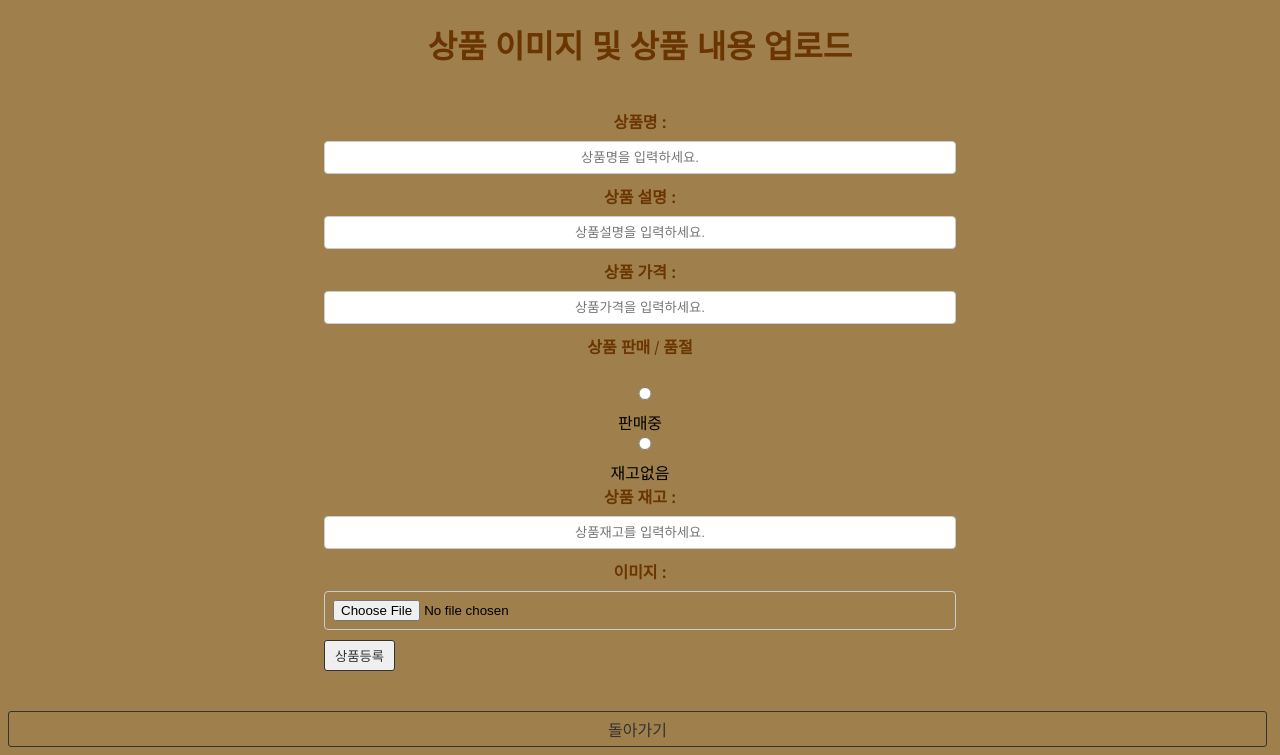
Repository: ks31030/HOME-SHOP
Page: http://localhost/addProductForm
The author's editor kept a copy of each file at every save. The page is drawn from the files as they stood at one save, then again after the next save.
The browser window is 1280 px wide. The pictures show the whole page.
The page is this project's Thymeleaf template; nobody is signed in. The template is opened directly, without the code that normally fills it, so the values that code supplies are empty.

Above is the page before, as saved 2023-12-15 10:11:00.

### Final-JPA-Shop/src/main/resources/templates/addProductForm.html
<!DOCTYPE html>
<html xmlns:th="http://www.thymeleaf.org">
	<head>
		<meta charset="UTF-8">
		<title>Add Product</title>
		<link rel="stylesheet" href="/css/styles.css" th:href="@{/css/styles.css}" />
	</head>
	<body>
		<h1>상품 이미지 및 상품 내용 업로드</h1>
		<form th:action="@{/product/new}" method="post" enctype="multipart/form-data">

			<label>상품명 : </label>
			<input type="text" id="name" name="name" placeholder="상품명을 입력하세요." required/>
			<br>
			<label>상품 설명 : </label>
			<input type="text" id="text" name="text" placeholder="상품설명을 입력하세요." required/>
			<br>
			<label>상품 가격 : </label>
			<input type="text" id="price" name="price" placeholder="상품가격을 입력하세요." required/>
			<br>
			<label>상품 판매 / 품절</label>
			<br>
			<input type="radio" name="isSoldout" id="isSoldout" value="0"/>판매중
			<br>
			<input type="radio" name="isSoldout" id="isSoldout" value="1"/>재고없음
			<br>
			<label>상품 재고 : </label>
			<input type="text" id="stock" name="stock" placeholder="상품재고를 입력하세요." required/>
			<br>
			<label>이미지 : </label>
			<input type="file" id="imgFile" name="imgFile"/>
			<br>

			<button type="submit">상품등록</button>
		</form>
		<a th:href="@{/product/list}">돌아가기</a>
	</body>
</html>

### Final-JPA-Shop/src/main/resources/static/css/styles.css
@charset "UTF-8";
/* styles.css */
*{
	text-align: center;
}
h1 {
    color: rgb(106, 53, 0);
    text-align: center;
    font-family: Georgia;
}

h2 {
    color: rgb(106, 53, 0);
    text-align: center;
    font-family: Georgia;
}

body {
	background-color: rgb(159, 127, 75);

}

table {
    width: 100%;
    border-collapse: collapse;
    margin-top: 20px;
}

th, td {
    border: 1px solid #ddd;
    padding: 8px;
    text-align: left;
}

th {
    background-color: rgb(106, 53, 0);
    color: antiquewhite;
}

a, button {
    text-decoration: none;
    padding: 5px 10px;
    margin-right: 5px;
    border: 1px solid #333;
    color: #333;
    border-radius: 3px;
    cursor: pointer;
    display: flow;
    text-align: center;
    font-family: Georgia;

}

a:hover, button:hover {
    background-color: rgb(106, 53, 0);
    color: #fff;
}
form {
	text-align: center;
    width: 50%;
    margin: 20px auto;
    padding: 20px;
    border-radius: 5px;
    box-shadow: 0 0 10px rgb(0, 0, 0, 0.0);
    background-color: rgb(159, 127, 75);
}

label {
    display: block;
    margin-bottom: 8px;
    color: rgb(106, 53, 0);
    font-family: Georgia;
    font-weight: bold;
}

input, textarea {
    width: 100%;
    padding: 8px;
    margin-bottom: 10px;
    box-sizing: border-box;
    border: 1px solid #ccc;
    border-radius: 4px;
    text-align: center;
}

After the next save:
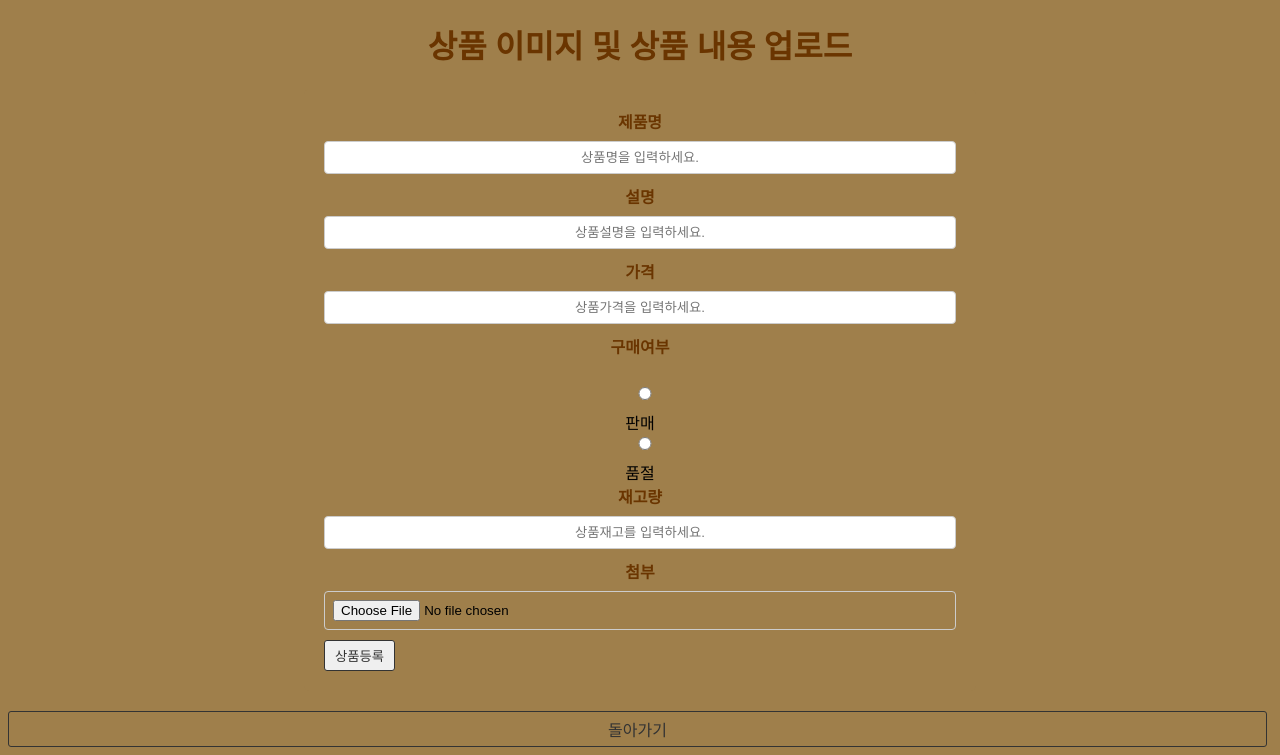
Saved 4 min 0 s later.
--- a/Final-JPA-Shop/src/main/resources/templates/addProductForm.html
+++ b/Final-JPA-Shop/src/main/resources/templates/addProductForm.html
@@ -9,25 +9,25 @@
 		<h1>상품 이미지 및 상품 내용 업로드</h1>
 		<form th:action="@{/product/new}" method="post" enctype="multipart/form-data">
 
-			<label>상품명 : </label>
+			<label>제품명</label>
 			<input type="text" id="name" name="name" placeholder="상품명을 입력하세요." required/>
 			<br>
-			<label>상품 설명 : </label>
+			<label>설명</label>
 			<input type="text" id="text" name="text" placeholder="상품설명을 입력하세요." required/>
 			<br>
-			<label>상품 가격 : </label>
+			<label>가격</label>
 			<input type="text" id="price" name="price" placeholder="상품가격을 입력하세요." required/>
 			<br>
-			<label>상품 판매 / 품절</label>
+			<label>구매여부</label>
 			<br>
-			<input type="radio" name="isSoldout" id="isSoldout" value="0"/>판매중
+			<input type="radio" name="isSoldout" id="isSoldout" value="0"/>판매
 			<br>
-			<input type="radio" name="isSoldout" id="isSoldout" value="1"/>재고없음
+			<input type="radio" name="isSoldout" id="isSoldout" value="1"/>품절
 			<br>
-			<label>상품 재고 : </label>
+			<label>재고량</label>
 			<input type="text" id="stock" name="stock" placeholder="상품재고를 입력하세요." required/>
 			<br>
-			<label>이미지 : </label>
+			<label>첨부</label>
 			<input type="file" id="imgFile" name="imgFile"/>
 			<br>
 
